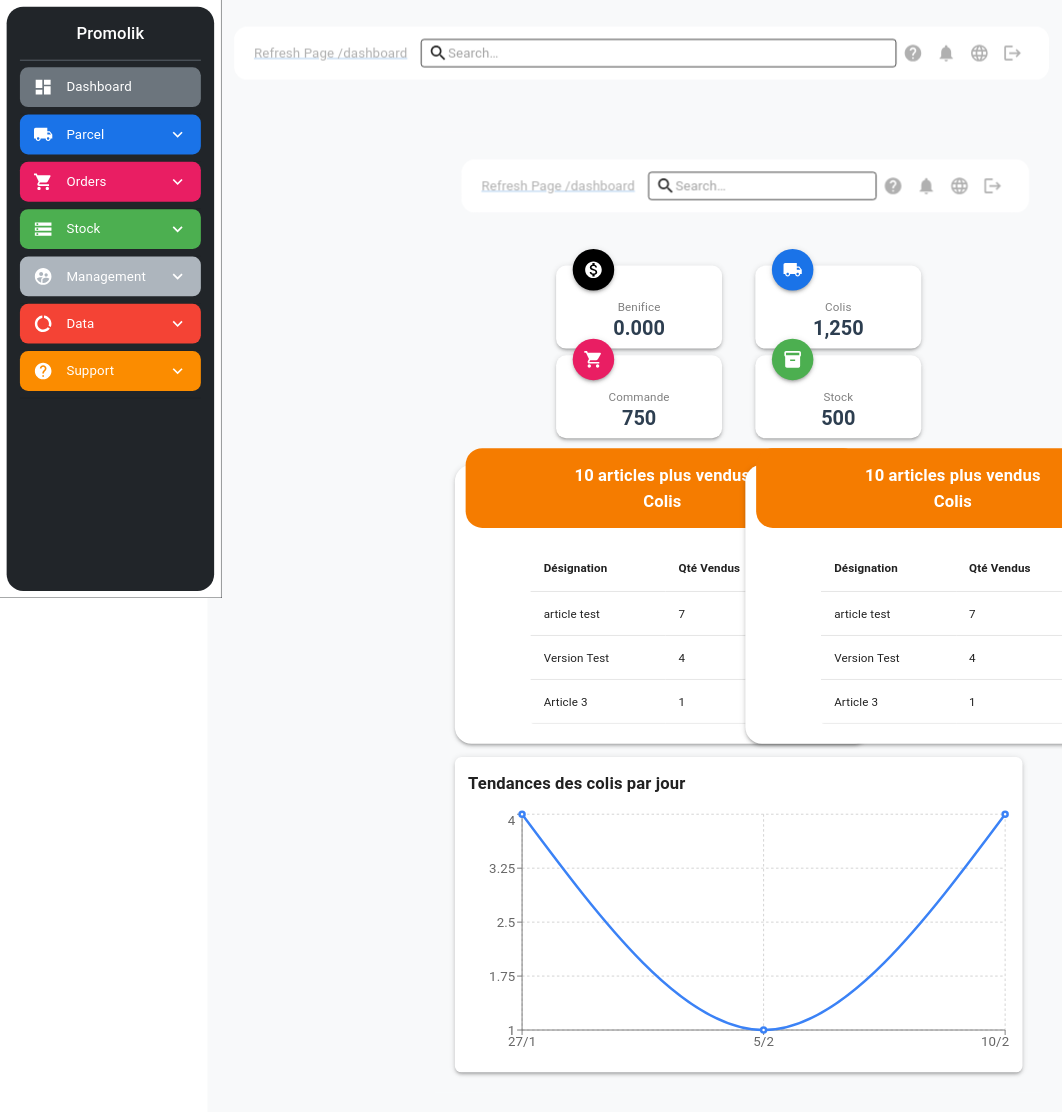
Repository: yosrjdly/stk
Page: /dashboard (app in dashboard/)
The author's editor kept a copy of each file at every save. The page is drawn from the files as they stood at one save, then again after the next save.
The browser window is 1280 px wide. The pictures show the whole page, at 83% of full size.
The project was rebuilt for these pictures with package versions that can differ from the ones it lists, and the page was loaded fresh each time. The framework's server and built-in components were replaced by stand-ins that run in the browser. Also part of the build but not shown: dashboard/next.config.ts.

Above is the page before, as saved 2025-02-16 17:09:19.

### dashboard/src/app/dashboard/Layout.tsx
"use client";

import { Box, CssBaseline, Toolbar } from "@mui/material";
import Sidebar from "../../componenets/sidebar/SideBar";
import Navbar from "../../componenets/navbar/Navbar"; // Assuming you have a Navbar component
import { ReactNode } from "react";

interface LayoutProps {
  children: ReactNode;
}

export default function Layout({ children }: LayoutProps) {
  return (
    <Box sx={{ display: "flex" }}>
      <CssBaseline />

      {/* Sidebar (Permanent) */}
      <Sidebar />

      {/* Main Content Area */}
      <Box
        component="main"
        sx={{

          flexGrow: 1,
          p: 3,
          width: `calc(100% - 250px)`, // Adjusting main content width to fit sidebar
          backgroundColor: "#f8f9fa",
          minHeight: "100vh",
        }}
      >
        {/* Navbar */}
        <Navbar />

        {/* Page Content */}
        <Toolbar /> {/* Keeps content from being hidden behind Navbar */}
        {children}
      </Box>
    </Box>
  );
}

### dashboard/src/app/dashboard/page.tsx
import DashboardStats from "@/componenets/cards/smallCard/StatisticCard";
import Layout from "../dashboard/Layout";
import TopSellingCard from "../../componenets/cards/mediumCard/TopSellingCard";
import Chart from "../../componenets/Charts/Chart";
import { Box, Grid } from "@mui/material";

export default function DashboardHome() {
  return (
    <Layout>
      {/* Stats at the top */}
      <Box sx={{ mb: 4 }}>
        <DashboardStats />
      </Box>

      {/* Two TopSellingCards in one row */}
      <Grid container spacing={2} sx={{ mb: 2 }}>
        <Grid item xs={12} md={6}>
          <TopSellingCard />
        </Grid>
        <Grid item xs={12} md={6}>
          <TopSellingCard />
        </Grid>
      </Grid>

      {/* Chart below */}
      <Box>
        <Chart />
      </Box>
    </Layout>
  );
}

### dashboard/src/componenets/sidebar/SideBar.tsx
"use client";

import { useState } from "react";
import { useRouter, usePathname } from "next/navigation";
import {
  Drawer,
  List,
  ListItemButton,
  ListItemText,
  Collapse,
  Divider,
  Typography,
  Box,
  IconButton,
} from "@mui/material";
import { ExpandLess, ExpandMore, Brightness4, Brightness7 } from "@mui/icons-material";
import DashboardIcon from '@mui/icons-material/Dashboard';
import LocalShippingIcon from '@mui/icons-material/LocalShipping';
import ShoppingCartIcon from '@mui/icons-material/ShoppingCart';
import StorageIcon from '@mui/icons-material/Storage';
import SupervisedUserCircleIcon from '@mui/icons-material/SupervisedUserCircle';
import DataUsageIcon from '@mui/icons-material/DataUsage';
import HelpIcon from '@mui/icons-material/Help';

const menuItems = [
  {
    title: "Dashboard",
    path: "/dashboard",
    color: "#6c757d",
    icon: <DashboardIcon />,
  },
  {
    title: "Parcel",
    subItems: [
      { title: "Statistique", path: "/parcel/statistical" },

      { title: "Exchange List", path: "/parcel/exchangeList" },
      { title: "Search", path: "/parcel/search" },

      { title: "Exchange Return", path: "/dashboard/parcel/exchangeReturn" },
      { title: "Exchange Creation", path: "/dashboard/parcel/exchangeCreation" },
      { title: "Package Creation", path: "/dashboard/parcel/packageCreation" },
      { title: "Package Edit", path: "/dashboard/parcel/packageEdit" },
      { title: "Package List", path: "/dashboard/parcel/packageList" },
      { title: "Parcel Return", path: "/dashboard/parcel/parcelReturn" },

    ],
    color: "#1a73e8",
    icon: <LocalShippingIcon />,
  },
  {
    title: "Orders",
    subItems: [
      { title: "Cash Sale", path: "/dashboard/orders/cashSale" },
      { title: "Orders", path: "/dashboard/orders/orders" },
    ],
    color: "#e91e63",
    icon: <ShoppingCartIcon />,
  },
  {
    title: "Stock",
    subItems: [
      { title: "Add Article", path: "/dashboard/stock/addArticle" },
      { title: "Entred Stock", path: "/dashboard/stock/entredStock" },
      { title: "Notification", path: "/dashboard/stock/notification" },
      { title: "Stock", path: "/dashboard/stock/stock" },
    ],
    color: "#4caf50",
    icon: <StorageIcon />,
  },
  {
    title: "Management",
    subItems: [
      { title: "Delivery Company", path: "/manegement/deliveryCompany" },
      { title: "Profile", path: "/dashboard/management/profile" },
      { title: "Profit", path: "/dashboard/management/profit" },
      { title: "Spending", path: "/dashboard/management/spending" },
      { title: "User", path: "/dashboard/management/user" },
    ],
    color: "#adb5bd",
    icon: <SupervisedUserCircleIcon />,
  },
  {
    title: "Data",
    subItems: [
      { title: "Archived Parcel", path: "/dashboard/data/archivedParcel" },
      { title: "Command Deleted", path: "/dashboard/data/commandDeleted" },
      { title: "Deleted Parcel", path: "/dashboard/data/deletedParcel" },
      { title: "Inventory Removed", path: "/dashboard/data/inventoryRemoved" },
    ],
    color: "#f44335",
    icon: <DataUsageIcon />,
  },
  {
    title: "Support",
    subItems: [
      { title: "About Us", path: "/dashboard/support/aboutUs" },
      { title: "Claims", path: "/dashboard/support/claims" },
      { title: "User Guide", path: "/dashboard/support/userGuide" },
    ],
    color: "#fb8c00",
    icon: <HelpIcon />,
  },
];

export default function Sidebar() {
  const router = useRouter();
  const pathname = usePathname();
  const [openSections, setOpenSections] = useState<Record<string, boolean>>({});

  const toggleSection = (title: string) => {
    setOpenSections((prev) => ({
      ...prev,
      [title]: !prev[title],
    }));
  };

  return (
    <Drawer variant="permanent" sx={{ width: 250, flexShrink: 0, marginTop: 2 }}>
      <Box sx={{ height: "100%", width: 250, padding: 2, backgroundColor: "#212529", borderRadius: 5, margin: 1 }}>
        <Typography variant="h6" sx={{ color: "white", textAlign: "center", mb: 2 }}>
          Promolik
        </Typography>
        <Divider sx={{ backgroundColor: "#6c757d" }} />
        <List>
          {menuItems.map((item, index) => {
            const isParentActive = item.subItems?.some((subItem) => pathname === subItem.path);

            return (
              <div key={index}>
                {item.subItems ? (
                  <>
                    <ListItemButton
                      sx={{
                        backgroundColor: item.color,
                        borderRadius: "10px",
                        marginBottom: 1,
                        color: "white",
                      }}
                      onClick={() => toggleSection(item.title)}
                    >
                      {item.icon}
                      <ListItemText primary={item.title} sx={{ ml: 2 }} />
                      {openSections[item.title] ? <ExpandLess /> : <ExpandMore />}
                    </ListItemButton>
                    <Collapse in={openSections[item.title]} timeout="auto" unmountOnExit>
                      <List component="div" disablePadding>
                        {item.subItems.map((subItem, subIndex) => (
                          <ListItemButton
                            key={subIndex}
                            sx={{
                              pl: 4,
                              backgroundColor: pathname === subItem.path ? item.color : "transparent",
                              borderRadius: pathname === subItem.path ? "10px" : "0px",
                              marginBottom: 1,
                              color: pathname === subItem.path ? "white" : "#ccc",
                            }}
                            onClick={() => router.push(subItem.path)}
                          >
                            <ListItemText primary={subItem.title} />
                          </ListItemButton>
                        ))}
                      </List>
                    </Collapse>
                  </>
                ) : (
                  <ListItemButton
                    sx={{
                      backgroundColor: pathname === item.path ? item.color : "transparent",
                      borderRadius: pathname === item.path ? "10px" : "0px",
                      marginBottom: 1,
                      color: pathname === item.path ? "white" : "#ccc",
                    }}
                    onClick={() => router.push(item.path)}
                  >
                    {item.icon}
                    <ListItemText primary={item.title} sx={{ ml: 2 }} />
                  </ListItemButton>
                )}
                <Divider />
              </div>
            );
          })}
        </List>
      </Box>
    </Drawer>
  );
}

### dashboard/src/componenets/navbar/Navbar.tsx
'use client';

import React, { useState, useEffect } from 'react';
import { AppBar, Toolbar, IconButton, InputBase, Menu, MenuItem, Link } from '@mui/material';
import { Search as SearchIcon, Help as HelpIcon, Notifications as NotificationsIcon, Language as LanguageIcon, Logout as LogoutIcon } from '@mui/icons-material';
import { useRouter,usePathname } from 'next/navigation';

const Navbar = () => {
  const [anchorEl, setAnchorEl] = useState(null);
  const [isClient, setIsClient] = useState(false);
    const pathname = usePathname();
    console.log("pathname",pathname)
   // state to ensure client-side execution
  const router = useRouter();
  console.log("router ",router) // Use `useRouter` directly

  useEffect(() => {
    // Ensure that we're on the client side by checking for window
    setIsClient(true);
  }, []);

  const handleMenuOpen = (event) => {
    setAnchorEl(event.currentTarget);
  };

  const handleMenuClose = () => {
    setAnchorEl(null);
  };

  const handleRefresh = () => {
    window.location.reload();
  };

  if (!isClient) {
    return null; // return null while waiting for the client-side execution
  }

  return (
    <AppBar
      position="sticky"
      sx={{
        mx: 1,
        mt: 1,
        borderRadius: '16px',
        boxShadow: 'none',
        backdropFilter: 'blur(10px)',
        zIndex: 1200,
        backgroundColor: '#ffff',
      }}
    >
      <Toolbar>
        {/* Refresh Link and Current Route */}
        <Link
          component="button"
          sx={{ color: '#B0B0B0', marginRight: '16px' }}
          onClick={handleRefresh}
        >
          Refresh Page {pathname}
          {console.log(router)}
        </Link>

        {/* Search Bar */}
        <InputBase

          placeholder="Search…"
          startAdornment={<SearchIcon />}
          sx={{ flexGrow: 1,border:'0.1px solid ', borderRadius: '4px', paddingLeft: '8px'}}
        />

        {/* Help Icon */}
        <IconButton color="inherit" onClick={handleMenuOpen} sx={{ color: '#B0B0B0' }}>
          <HelpIcon />
        </IconButton>

        {/* Notifications Icon */}
        <IconButton color="inherit" sx={{ color: '#B0B0B0' }}>
          <NotificationsIcon />
        </IconButton>

        {/* Language Icon */}
        <IconButton color="inherit" sx={{ color: '#B0B0B0' }}>
          <LanguageIcon />
        </IconButton>

        {/* Logout Icon */}
        <IconButton color="inherit" sx={{ color: '#B0B0B0' }}>
          <LogoutIcon />
        </IconButton>
      </Toolbar>

      {/* Help Icon Menu */}
      <Menu
        anchorEl={anchorEl}
        open={Boolean(anchorEl)}
        onClose={handleMenuClose}
      >
        <MenuItem onClick={handleMenuClose}>Help Center</MenuItem>
        <MenuItem onClick={handleMenuClose}>Contact Support</MenuItem>
      </Menu>
    </AppBar>
  );
};

export default Navbar;

### dashboard/src/componenets/cards/smallCard/StatisticCard.tsx
'use client';

import React from 'react';
import { Card, CardContent, Typography, Box } from '@mui/material';
import MonetizationOnIcon from '@mui/icons-material/MonetizationOn';
import LocalShippingIcon from '@mui/icons-material/LocalShipping';
import ShoppingCartIcon from '@mui/icons-material/ShoppingCart';
import InventoryIcon from '@mui/icons-material/Inventory';

const StatisticCard = ({
  title,
  value,
  icon,
  bgColor,
}: {
  title: string;
  value: string;
  icon: React.ReactNode;
  bgColor: string;
}) => {
  return (
    <Box sx={{ position: 'relative', display: 'inline-block', mx: 2 }}>
      {/* Floating Icon */}
      <Box
        sx={{
          position: 'absolute',
          top: -20,
          left: 20,
          width: 50,
          height: 50,
          borderRadius: '50%',
          backgroundColor: bgColor,
          display: 'flex',
          alignItems: 'center',
          justifyContent: 'center',
          boxShadow: 3,
        }}
      >
        {icon}
      </Box>

      {/* Card */}
      <Card
        sx={{
          width: 200,
          height: 100,
          borderRadius: 3,
          textAlign: 'center',
          boxShadow: 3,
          backgroundColor: 'white',
          pt: 3,
        }}
      >
        <CardContent>
          <Typography variant="body2" sx={{ color: 'gray' }}>
            {title}
          </Typography>
          <Typography variant="h5" sx={{ fontWeight: 'bold', color: '#2D3E50' }}>
            {value}
          </Typography>
        </CardContent>
      </Card>
    </Box>
  );
};

const DashboardStats = () => {
  const stats = [
    { title: 'Benifice', value: '0.000', icon: <MonetizationOnIcon sx={{ color: 'white' }} />, bgColor: 'black' },
    { title: 'Colis', value: '1,250', icon: <LocalShippingIcon sx={{ color: 'white' }} />, bgColor: '#1a73e8' },
    { title: 'Commande', value: '750', icon: <ShoppingCartIcon sx={{ color: 'white' }} />, bgColor: '#e91e63' },
    { title: 'Stock', value: '500', icon: <InventoryIcon sx={{ color: 'white' }} />, bgColor: '#4caf50' },
  ];

  return (
    <Box display="flex" justifyContent="center" gap={1} flexWrap="wrap" mt={0}>
      {stats.map((stat, index) => (
        <StatisticCard key={index} title={stat.title} value={stat.value} icon={stat.icon} bgColor={stat.bgColor} />
      ))}
    </Box>
  );
};

export default DashboardStats;

### dashboard/src/componenets/cards/mediumCard/TopSellingCard.tsx
"use client";

import { Card, CardContent, Typography, Table, TableBody, TableCell, TableContainer, TableHead, TableRow, Paper, Box } from "@mui/material";

const data = [
  { name: "article test", quantity: 7 },
  { name: "Version Test", quantity: 4 },
  { name: "Article 3", quantity: 1 },
];

const TopSellingCard = () => {
  return (
    <Card sx={{ width: 500, borderRadius: 5, boxShadow: 3, overflow: "visible", display: "flex", flexDirection: "column", alignItems: "center", justifyContent: "center", position: "relative" }}>
      <CardContent sx={{ backgroundColor: "#f57c00", color: "white", textAlign: "center", padding: 2, width: 475, position: "absolute", top: -20,borderRadius: 5 }}>
        <Typography variant="h6" fontWeight="bold">
          10 articles plus vendus
        </Typography>
        <Typography variant="h6" fontWeight="bold">
          Colis
        </Typography>
      </CardContent>
      <CardContent sx={{ width: 350, marginTop: 10 }}>
        <TableContainer component={Paper} elevation={0} sx={{ boxShadow: "none" }}>
          <Table>
            <TableHead>
              <TableRow>
                <TableCell sx={{ fontWeight: "bold" }}>Désignation</TableCell>
                <TableCell sx={{ fontWeight: "bold" }}>Qté Vendus</TableCell>
              </TableRow>
            </TableHead>
            <TableBody>
              {data.map((item, index) => (
                <TableRow key={index}>
                  <TableCell>{item.name}</TableCell>
                  <TableCell>{item.quantity}</TableCell>
                </TableRow>
              ))}
            </TableBody>
          </Table>
        </TableContainer>
      </CardContent>
    </Card>
  );
};

export default TopSellingCard;

### dashboard/src/componenets/Charts/Chart.tsx
"use client";

import { Card, CardContent, Typography } from "@mui/material";
import { LineChart, Line, XAxis, YAxis, CartesianGrid, Tooltip, ResponsiveContainer } from "recharts";

const data = [
  { date: "27/1", value: 4 },
  { date: "5/2", value: 1 },
  { date: "10/2", value: 4 },
];

const Chart = () => {
  return (
    <Card sx={{ width: "100%", borderRadius: 2, boxShadow: 3, padding: 2 }}>
      <Typography variant="h6" fontWeight="bold" sx={{ marginBottom: 2 }}>
        Tendances des colis par jour
      </Typography>
      <ResponsiveContainer width="100%" height={300}>
        <LineChart data={data}>
          <CartesianGrid strokeDasharray="3 3" />
          <XAxis dataKey="date" />
          <YAxis domain={[1, 4]} />
          <Tooltip />
          <Line type="monotone" dataKey="value" stroke="#3b82f6" strokeWidth={3} />
        </LineChart>
      </ResponsiveContainer>
    </Card>
  );
};

export default Chart;

Loaded but not shown: dashboard/src/app/layout.tsx (common file); dashboard/src/app/globals.css (common file)

After the next save:
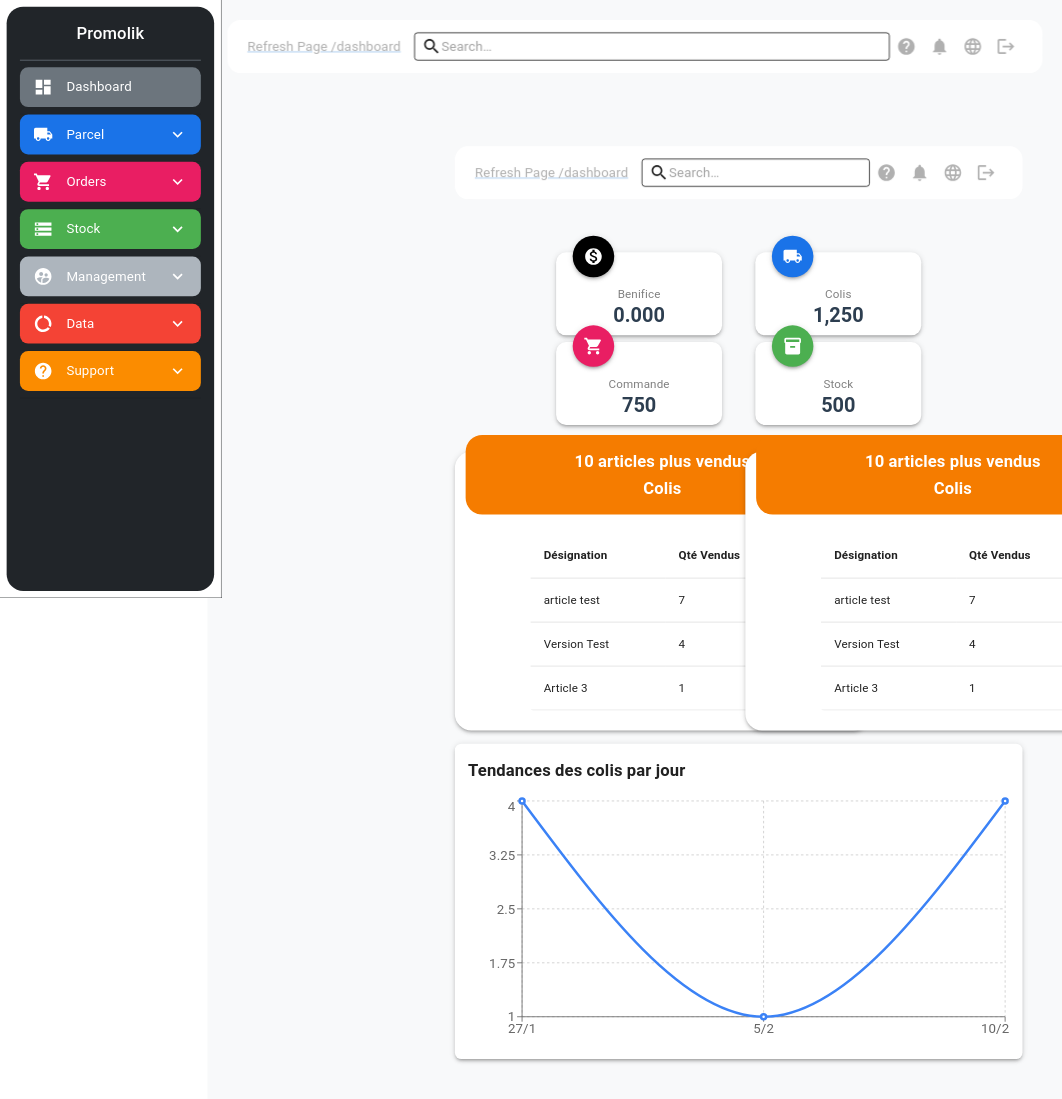
Saved 82 s later.
--- a/dashboard/src/componenets/navbar/Navbar.tsx
+++ b/dashboard/src/componenets/navbar/Navbar.tsx
@@ -3,19 +3,15 @@
 import React, { useState, useEffect } from 'react';
 import { AppBar, Toolbar, IconButton, InputBase, Menu, MenuItem, Link } from '@mui/material';
 import { Search as SearchIcon, Help as HelpIcon, Notifications as NotificationsIcon, Language as LanguageIcon, Logout as LogoutIcon } from '@mui/icons-material';
-import { useRouter,usePathname } from 'next/navigation';
+import { useRouter, usePathname } from 'next/navigation';
 
 const Navbar = () => {
   const [anchorEl, setAnchorEl] = useState(null);
   const [isClient, setIsClient] = useState(false);
-    const pathname = usePathname();
-    console.log("pathname",pathname)
-   // state to ensure client-side execution
+  const pathname = usePathname();
   const router = useRouter();
-  console.log("router ",router) // Use `useRouter` directly
 
   useEffect(() => {
-    // Ensure that we're on the client side by checking for window
     setIsClient(true);
   }, []);
 
@@ -46,6 +42,9 @@ const Navbar = () => {
         backdropFilter: 'blur(10px)',
         zIndex: 1200,
         backgroundColor: '#ffff',
+        maxWidth: '1200px', // Adjust the width of the navbar
+        width: '100%', // Ensure the navbar takes up full width of its container
+        margin: '0 auto', // Center the navbar horizontally
       }}
     >
       <Toolbar>
@@ -56,15 +55,18 @@ const Navbar = () => {
           onClick={handleRefresh}
         >
           Refresh Page {pathname}
-          {console.log(router)}
         </Link>
 
         {/* Search Bar */}
         <InputBase
-
           placeholder="Search…"
           startAdornment={<SearchIcon />}
-          sx={{ flexGrow: 1,border:'0.1px solid ', borderRadius: '4px', paddingLeft: '8px'}}
+          sx={{
+            flexGrow: 1,
+            border: '0.1px solid',
+            borderRadius: '4px',
+            paddingLeft: '8px'
+          }}
         />
 
         {/* Help Icon */}
